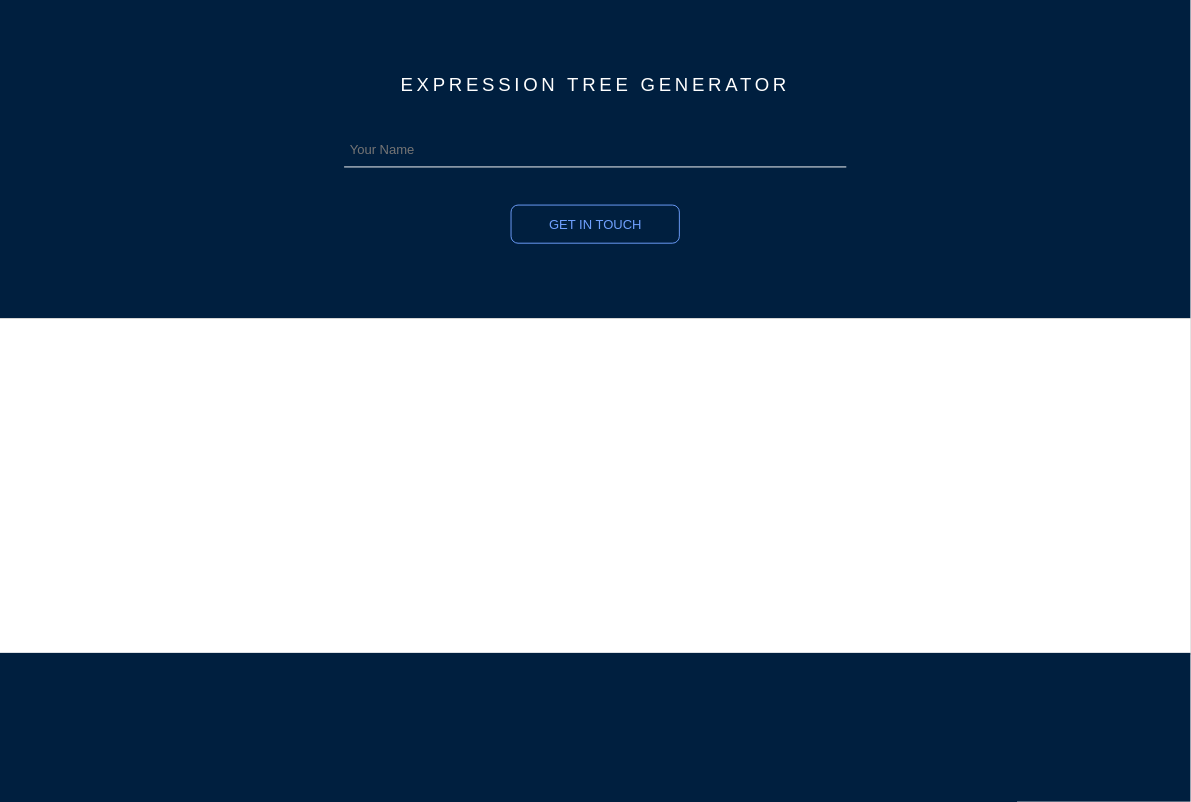
Repository: lnogueir/expression-tree-gen
Page: index.html
An editor plug-in stored every save of this project. The page is shown before and after the next save, followed by the edit.
The browser window is 1280 px wide. The page is 1281 px wide, so the pictures cover 1281 px, including what lies to the right of the window. The pictures show the whole page, at 93% of full size.

Above is the page before, as saved 2020-03-15 19:19:10.

### index.html
<!DOCTYPE html>
<html lang="en">

<head>
    <meta charset="UTF-8">
    <meta name="viewport" content="width=device-width, initial-scale=1.0">
    <title>Canvas</title>
    <link rel="stylesheet" href="app.css">
</head>

<body>

    <div class="contact-section">
        <div class="inner-width">
          <h1>Expression Tree Generator</h1>
          <input type="text" class="name" id = 'expression-input' placeholder="Your Name">
          <button id="generate-tree">Get in touch</button>
        </div>
      </div>

    <div id="canvas-container">
        <canvas></canvas>
    </div>

    <div class="ending-section">

    </div>

</body>
<script src="https://ajax.googleapis.com/ajax/libs/jquery/3.4.1/jquery.min.js"></script>
<script src="https://cdnjs.cloudflare.com/ajax/libs/mathjs/6.6.1/math.min.js"></script>
<script src="tree.js"></script>
<script src="infixToPostfix.js"></script>
<script src="canvas.js"></script>

</html>

### app.css
*{
    margin: 0;
    padding: 0;
    box-sizing: border-box;
    font-family: "montserrat",sans-serif;
  }
  .contact-section{
    background: #001f3f;
    padding: 80px 0;
    text-align: center;
  }

  .inner-width{
    max-width: 600px;
    margin: auto;
    padding: 0 20px;
  }

  .contact-section h1{
    font-size: 20px;
    color: #FFF;
    margin-bottom: 40px;
    text-transform: uppercase;
    letter-spacing: 4px;
    font-weight: 400;
  }

  .name,.email,.message{
    background: none;
    border:none;
    outline: none;
    border-bottom: 1px solid;
    color: #FFF;
    padding: 10px 6px;
    font-size: 14px;
    margin-bottom: 40px;
  }

  .name{
    float: center;
    width: 540px;
  }

  .contact-section button{
      outline: none;
    background: none;
    color: #70a1ff;
    border: 1px solid #70a1ff;
    padding: 12px 40px;
    border-radius: 8px;
    text-transform: uppercase;
    font-size: 14px;
    transition: 0.4s linear;
    cursor: pointer;
  }

  .contact-section button:hover{
    background: #70a1ff;
    color: #fff;
  }

  .ending-section{
      z-index: 10;
      bottom: 0;
      position: relative;
    background: #001f3f;
    padding: 80px 0;
    text-align: center;
  }


  @media screen and (max-width:600px){
    .name,.email{
      width: 100%;
    }
  }

#canvas-container{
    outline: none;
    border: none;
    display: flex;
    flex-direction: column;
    align-items: center;
    margin: auto;
    height: 50vh;
    width: 100vw;
    background: #FFF;
}

canvas{
    border: 1px solid lightgray;
}

### tree.js
function Node(value) {
    const radius = 32.5
    this.value = value;
    this.x = null;
    this.y = null;
    this.right = null;
    this.left = null;

    this.isLeaf = () => this.right == null && this.left == null;

    this.drawEdge = function (context, x, y, left_way) {
        context.strokeStyle = 'gray';
        context.beginPath()
        const x_y_ratio = Math.abs(this.y - y) / Math.abs(this.x - x)
        const w = radius * Math.sqrt(1 / (1 + Math.pow(x_y_ratio, 2)))
        const d = x_y_ratio * w
        if (left_way) {
            context.moveTo(this.x - w, this.y + d)
            context.lineTo(x + w, y - d)
        } else {
            context.moveTo(this.x + w, this.y + d)
            context.lineTo(x - w, y - d)
        }

        context.stroke()
    }

    this.draw = function (context) {
        context.beginPath()
        context.arc(this.x, this.y, radius, 0, Math.PI * 2, false)
        context.fillStyle = 'rgba(255, 255, 255, 0.5)'
        context.fill()
        context.strokeStyle = 'black'
        context.stroke()
        context.font = '25px Times New Roman'
        context.textAlign = 'center'
        context.textBaseline = 'middle'
        context.fillStyle = "black";
        context.fillText(this.value, this.x, this.y);
    }
}

function constructTree(postfix) {
    const OPERATORS = ['*', '/', '-', '+']
    var stack = []
    var root = null;
    var current;
    var shift = false;
    for (var i = postfix.length - 1; i >= 0; i--) {
        if (null === root) {
            current = new Node(postfix[i]);
            root = current;
        } else {
            if (shift) {
                current.left = new Node(postfix[i])
                current = current.left
                shift = false
            } else {
                current.right = new Node(postfix[i])
                current = current.right
            }
        }
        if (OPERATORS.includes(postfix[i])) {
            stack.push(current);
        } else {
            current = stack.pop();
            shift = true
        }
    }
    return root;
}

function getSize(root) {
    var size = 0
    function countSize(root) {
        if (null != root) {
            size++;
            countSize(root.left)
            countSize(root.right)
        }
    }
    countSize(root);
    return size;
}

function print_coords(root) {
    if (null != root) {
        print_coords(root.left)
        console.log(root.value, root.x, root.y)
        print_coords(root.right)
    }
}

function setCoordinates(root) {
    var i = 0
    const OFFSET = 50
    const size = getSize(root)
    const canvas_mid_point = window.innerWidth / 2;
    function setCoordinates(subt, depth) {
        if (null != subt) {
            setCoordinates(subt.left, depth + 1)
            subt.x = canvas_mid_point + (OFFSET * (i - size / 2))
            subt.y = OFFSET + (depth * 1.5 * OFFSET)
            i++
            setCoordinates(subt.right, depth + 1)
        }
    }
    setCoordinates(root, 0)
}

function drawTree(root, context) {
    if (null != root) {
        root.draw(context)
        if (null != root.left) {
            root.drawEdge(context, root.left.x, root.left.y, true);
        }
        drawTree(root.left, context)
        if (null != root.right) {
            root.drawEdge(context, root.right.x, root.right.y, false)
        }
        drawTree(root.right, context)
    }
}

### infixToPostfix.js
function isBracketed(expr) {
  var stack = []
  for (var i = 0; i < expr.length; i++) {
    if ('(' === expr[i]) {
      stack.push('(')
    } else if (')' === expr[i]) {
      stack.pop()
      if (stack.length === 0) {
        if (i !== expr.length - 1) {
          return false
        } else {
          return true
        }
      }
    }
  }
  return false;
}

function isValidExpression(expr) {
  if (expr.length < 3) {
    return false;
  }
  for (var i = 0; i < expr.length; i++) {
    if ('abcdefghijklmnopqrstuvwxyz*()/+-'.indexOf(expr[i]) === -1) {
      return false;
    }
  }
  try {
    while ("(" === expr[0] && ")" === expr[expr.length - 1]) {
      if (isBracketed(expr)) {
        expr = expr.substring(1, expr.length - 1);
      } else break;
    }
    var res = math.parse(expr);
    if ((typeof res.implicit === 'undefined') || res.fn.indexOf('unary') !== -1) {
      return false;
    }
    return true;
  }
  catch (ex) {
    return false;
  }
}

function infixToPostfix(expression) {
  if (!isValidExpression(expression)) {
    return null;
  }
  const prec = { "*": 3, "/": 3, "-": 2, "+": 2, "(": 1 }
  op_stack = []
  postfixList = []
  tokens = expression.split('')
  for (const token of tokens) {
    if ("abcdefghijklmnopqrstuvwxyz".indexOf(token) !== -1) {
      postfixList.push(token)
    } else if ("(" === token) {
      op_stack.push(token)
    } else if (")" === token) {
      var top_op_token = op_stack.pop()
      while (top_op_token !== '(') {
        postfixList.push(top_op_token)
        top_op_token = op_stack.pop()
      }
    } else {
      var peek_elem = op_stack.slice(-1)[0];
      while (op_stack.length > 0 && (prec[peek_elem] >= prec[token])) {
        postfixList.push(op_stack.pop())
        peek_elem = op_stack.slice(-1)[0];
      }
      op_stack.push(token)
    }
  }
  while (op_stack.length > 0) {
    postfixList.push(op_stack.pop())
  }
  return postfixList
}

### canvas.js
var canvas = document.querySelector('canvas')

canvas.height = document.getElementById('canvas-container').offsetHeight;
canvas.width = document.getElementById('canvas-container').offsetWidth;

var c = canvas.getContext('2d')

$('#generate-tree').click(() => {
    var expression = $('#expression-input').val()
    if (typeof expression !== 'undefined' && null != expression) {
        expression = expression.replace(/\s+/g, '')
        expression = expression.toLowerCase()
        var postfix = infixToPostfix(expression);
        if (null !== postfix) {
            var root = constructTree(postfix)
            setCoordinates(root)
            c.clearRect(0, 0, canvas.width, canvas.height);
            drawTree(root, c)
        } else {
            alert('Enter valid expression')
        }

    } else {
        alert('Enter valid expression')
    }
})

After the next save:
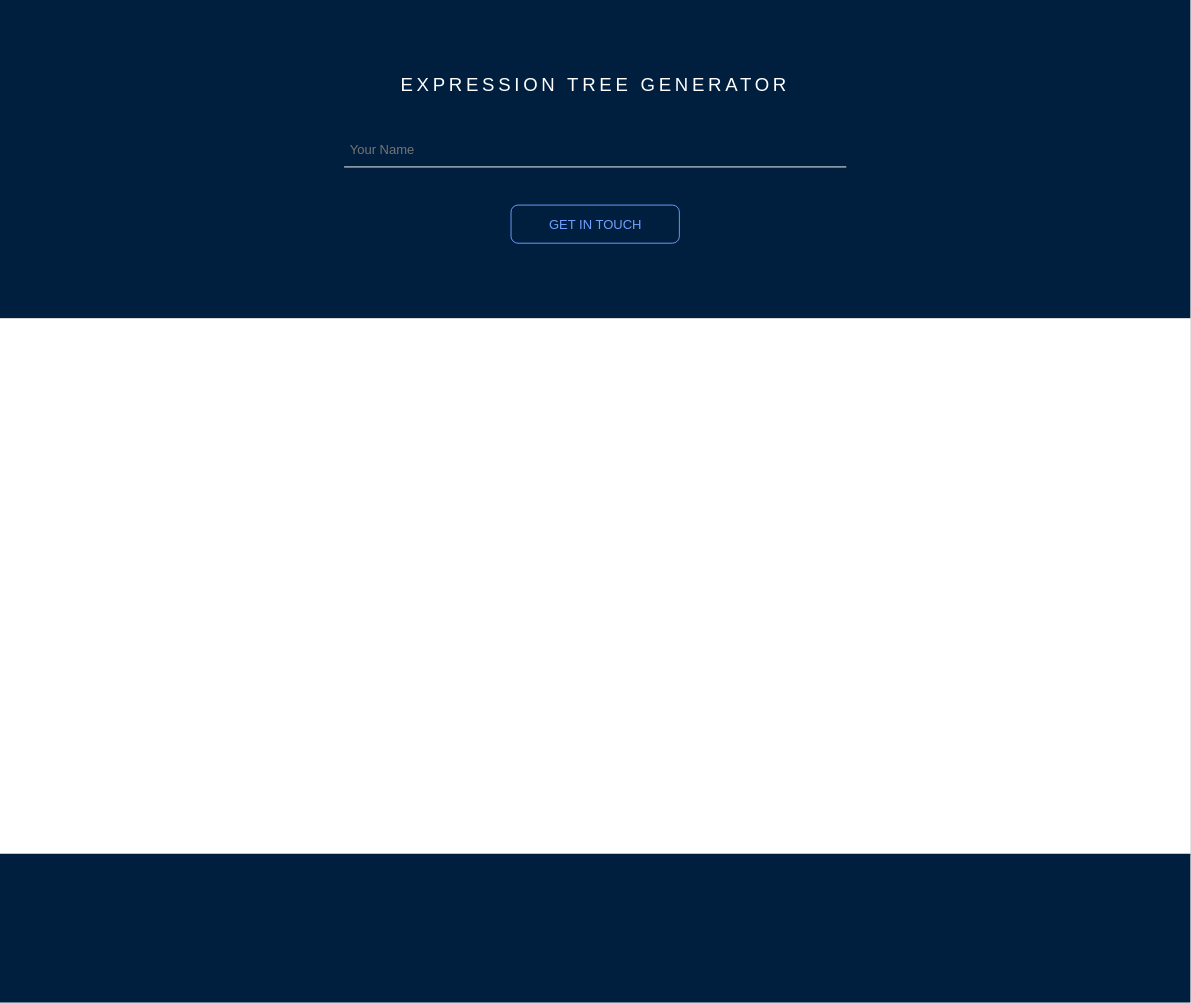
Saved 9 s later.
--- a/app.css
+++ b/app.css
@@ -82,7 +82,7 @@
     flex-direction: column;
     align-items: center;
     margin: auto;
-    height: 50vh;
+    height: 80vh;
     width: 100vw;
     background: #FFF;
 }
